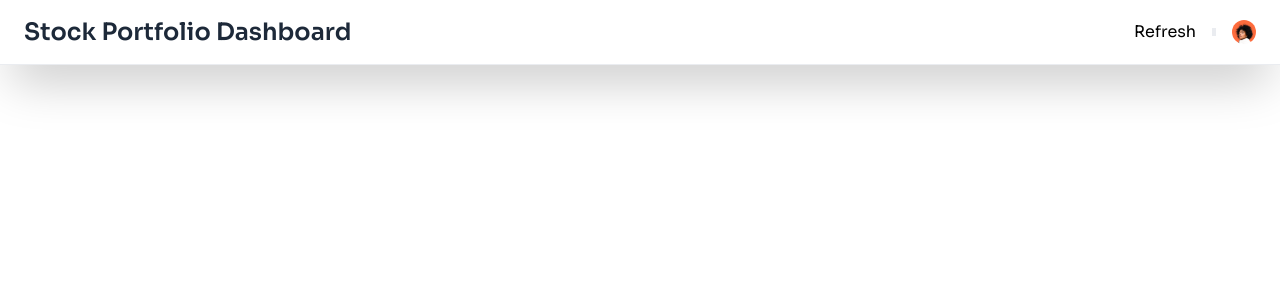
Repository: jabir12-12/inten-project
Page: /
An editor plug-in stored every save of this project. The page is shown before and after the next save, followed by the edit.
The browser window is 1280 px wide. The pictures show the whole page.
Pictures or frames that could not be fetched are drawn as grey boxes. The project was rebuilt for these pictures with package versions that can differ from the ones it lists, and the page was loaded fresh each time. The framework's server and built-in components were replaced by stand-ins that run in the browser. Also part of the build but not shown: next.config.ts.

Above is the page before, as saved 2025-05-17 12:37:22.

After the next save:
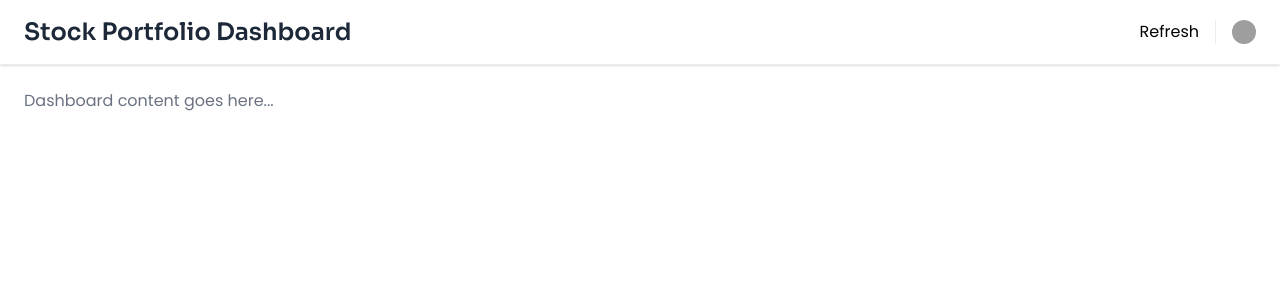
Saved 2 min 48 s later.
--- a/src/pages/index.tsx
+++ b/src/pages/index.tsx
@@ -1,21 +1,31 @@
+'use client';
 import React from 'react';
 import Image from 'next/image';
+
 export default function Home() {
   return (
-    <div className='bg-white w-screen h-screen flex flex-col'>
+    <div className="bg-white w-full h-screen flex flex-col">
       {/* header */}
-      <div className='  justify-between px-6 py-4 bg-white border-b border-[#EAECF0] shadow-2xl -border-bottom flex flex-row items-center'>
-        <h1 className='text-[#1D2939] font-semibold text-2xl'>Stock Portfolio Dashboard</h1>
-        <div className='flex flex-row items-center gap-4'>
-          <h1>Refresh</h1>
-          <div className='bg-[#EAECF0] h-2 w-1'></div>
-          <Image
-            src='/images/Ellipse 1534 (6).svg'
-            alt='notification'
-            width={24}
-            height={24}
-          />
+      <div className="flex justify-between px-6 py-4 bg-white border-b border-[#EAECF0] shadow-sm items-center">
+        <h1 className="text-[#1D2939] font-semibold text-2xl">Stock Portfolio Dashboard</h1>
+        <div className="flex items-center gap-4">
+          <button className="hover:text-blue-500 transition-colors">Refresh</button>
+          <div className="bg-[#EAECF0] h-6 w-px"></div>
+          <div className="relative w-6 h-6">
+            <Image
+              src="/api/placeholder/24/24"
+              alt="User profile"
+              fill
+              sizes="24px"
+              className="rounded-full"
+            />
+          </div>
         </div>
+      </div>
+
+      {/* Main content area placeholder */}
+      <div className="flex-1 p-6">
+        <p className="text-gray-500">Dashboard content goes here...</p>
       </div>
     </div>
   );
